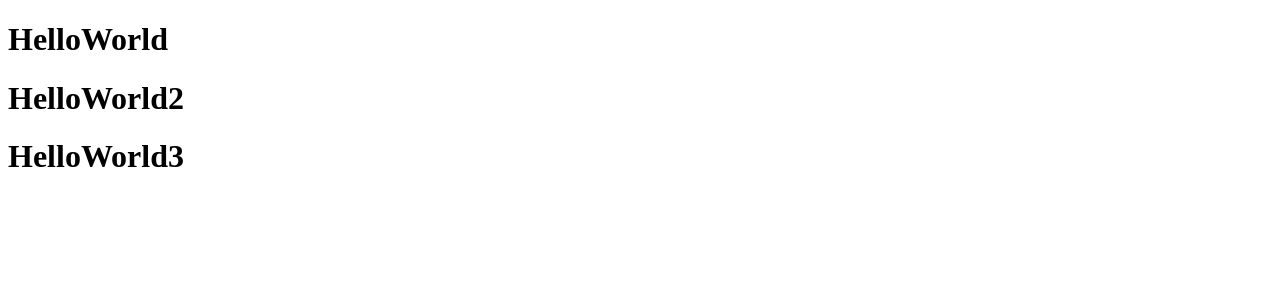
Repository: chenguocan/Vue_component
Page: 局部组件.html
An editor plug-in stored every save of this project. The page is shown before and after the next save, followed by the edit.
The browser window is 1280 px wide. The pictures show the whole page.

Above is the page before, as saved 2020-07-23 09:27:51.

After the next save:
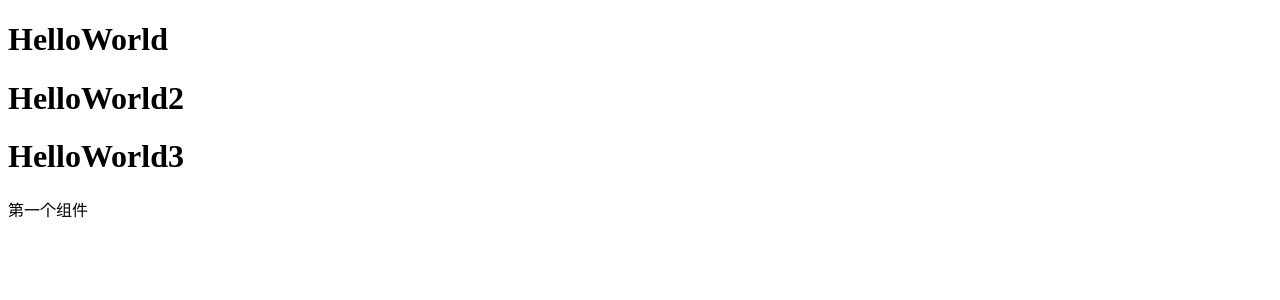
Saved 35 s later.
--- a/局部组件.html
+++ b/局部组件.html
@@ -45,7 +45,7 @@
           msg: "第一个组件",
         };
       },
-      tempalte: "<div>{{msg}}</div>",
+      template: "<div>{{msg}}</div>",
     });
     Vue.component("second-component", {
       data: function () {
@@ -53,7 +53,7 @@
           msg: "第二个组件",
         };
       },
-      tempalte: "<div>{{msg}}</div>",
+      template: "<div>{{msg}}</div>",
     });
     Vue.component("third-component", {
       data: function () {
@@ -61,7 +61,7 @@
           msg: "第三个组件",
         };
       },
-      tempalte: "<div>{{msg}}</div>",
+      template: "<div>{{msg}}</div>",
     });
     let app = new Vue({
       el: "#app",
